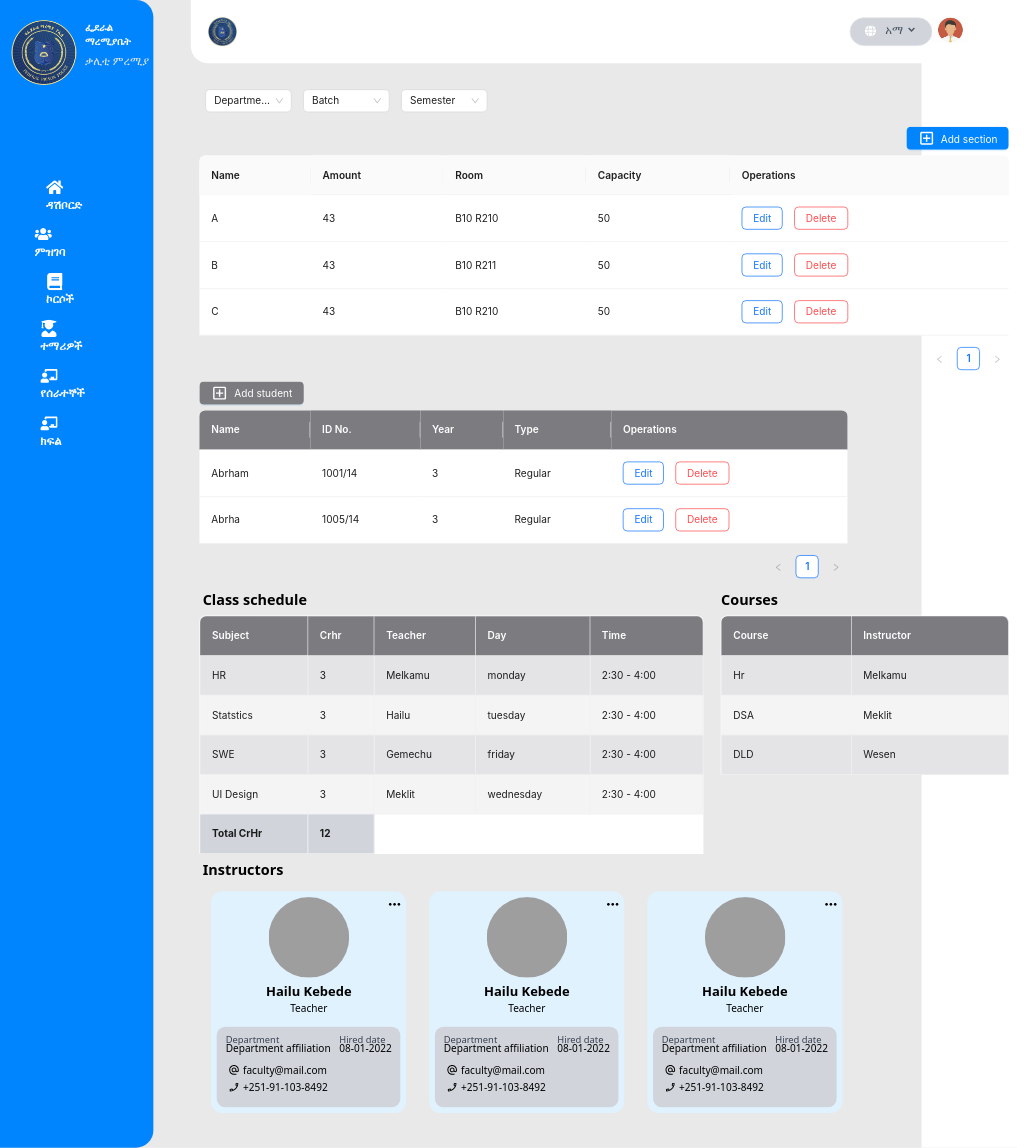
Repository: Yigoya/federal-prison-education-ms-frontend
Page: /classroom, after clicking the first element matching `td.ant-table-cell > a`
These files come from the project's save history. The page is drawn as it stood at one moment and after a run of saves; the edit follows.
The browser window is 1280 px wide. The page is 1433 px wide, so the pictures cover 1433 px, including what lies to the right of the window. The pictures show the whole page, at 72% of full size.
Pictures or frames that could not be fetched are drawn as grey boxes. The project was rebuilt for these pictures with package versions that can differ from the ones it lists, and the page was loaded fresh each time. Also part of the build but not shown: vite.config.js, src/pages/DashBoard.jsx, src/pages/Courses.jsx, src/layout/AuthLayout.jsx, src/pages/Login.jsx, src/pages/Teachers.jsx, src/pages/StudentRegistration.jsx, src/components/classroom/ComboBox.jsx and 1 more. Imported but missing from the stored project, and not drawn on this page: src/pages/Students.

Above is the page before, as saved 2024-07-05 12:37:52.

After the next 3 saves:
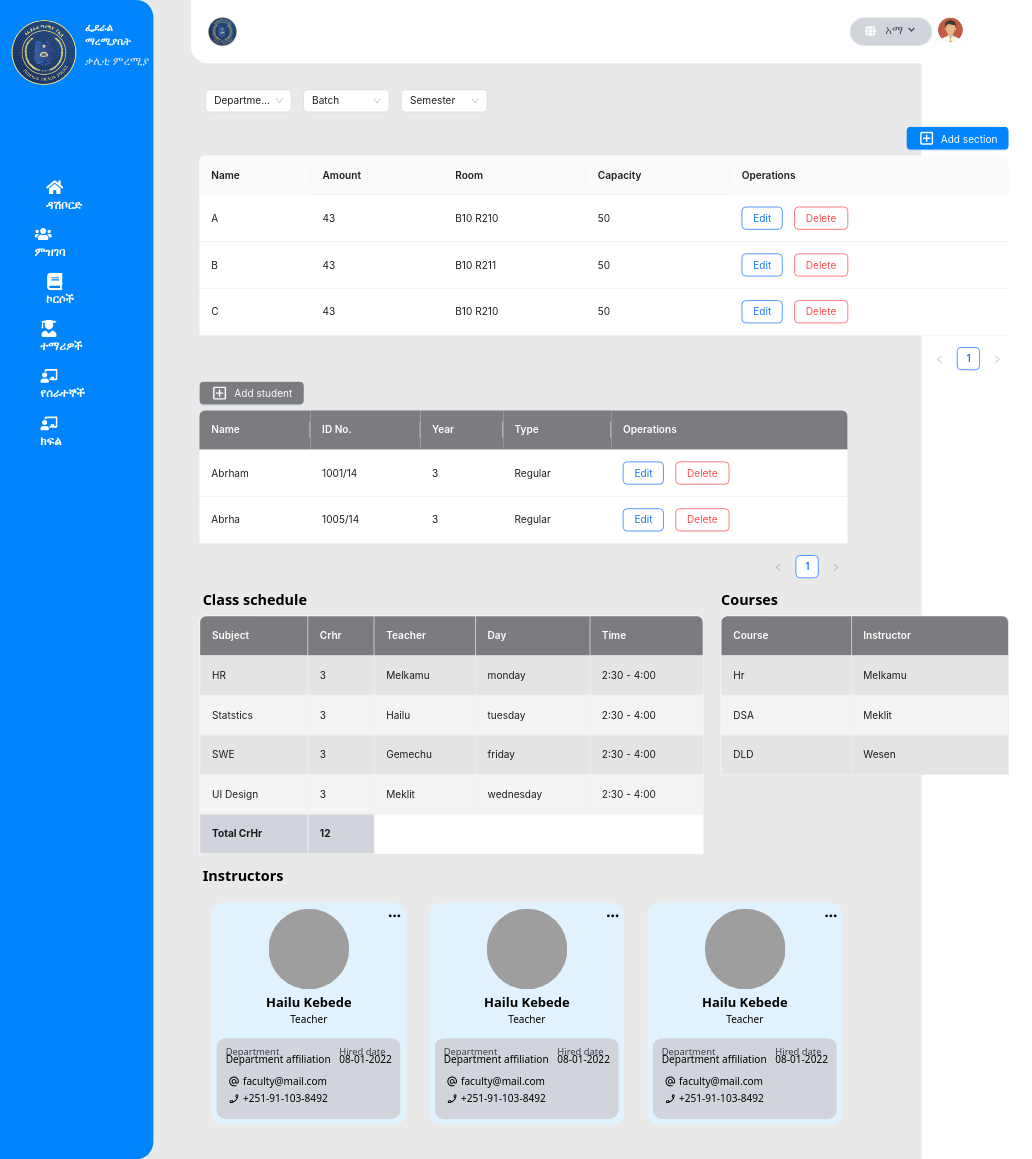
The 3 saves are shown as one change because they came seconds apart.
The last was saved 9 s later.
--- a/src/components/classroom/SectionsTable.jsx
+++ b/src/components/classroom/SectionsTable.jsx
@@ -61,7 +61,7 @@
             <ClassSchedule /> <br />
             <CoursesList />
           </div>
-          <h1 className="text-xl mt-2 ml-1 font-bold">Instructors</h1>
+          <h1 className="text-xl mb-2 mt-4 ml-1 font-bold">Instructors</h1>
           <div className="flex">
             <InstructorDetails />
             <InstructorDetails />
